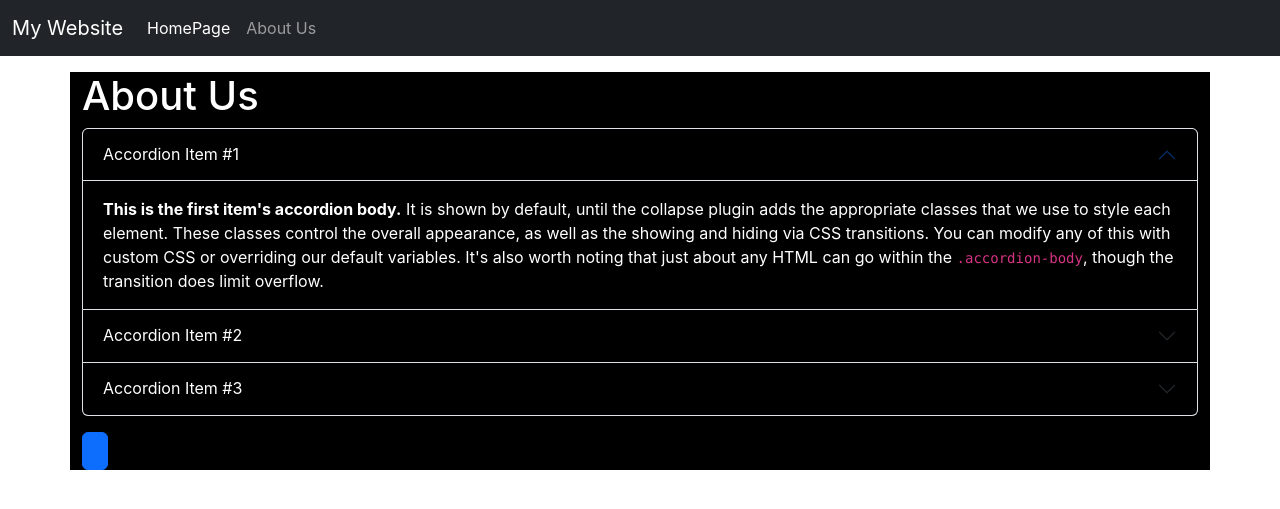
Repository: WajihaGul/Reactjs
Page: /
An editor plug-in stored every save of this project. The page is shown before and after a run of saves, followed by the edit.
The browser window is 1280 px wide. The pictures show the whole page.
The project was rebuilt for these pictures with package versions that can differ from the ones it lists, and the page was loaded fresh each time. Also part of the build but not shown: src/App.css.

Above is the page before, as saved 2024-02-07 21:05:24.

After the next 2 saves:
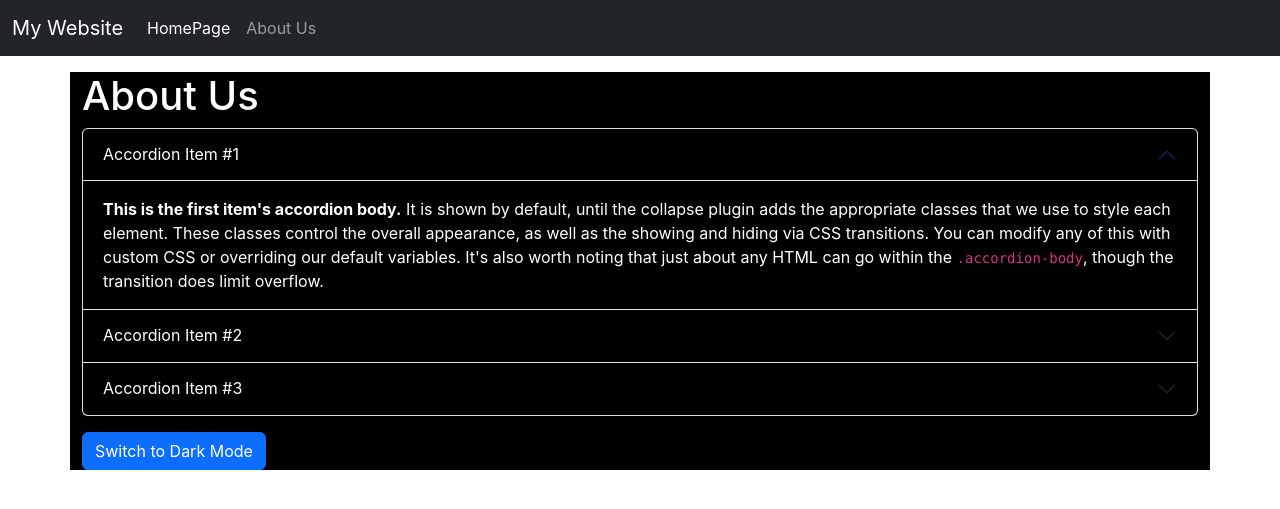
The 2 saves are shown as one change because 1 did not build or start.
The last was saved 73 s later.
--- a/src/Components/About.js
+++ b/src/Components/About.js
@@ -67,7 +67,7 @@ export default function About() {
   </div>
 </div>
 <div className='butooon my-3'>
-  <input className="btn btn-primary" type="button" btnText onClick={toggleMode}></input>
+  <input className="btn btn-primary" value={btnText} type="button" btnText onClick={toggleMode}></input>
 </div>
 </div>
   )
